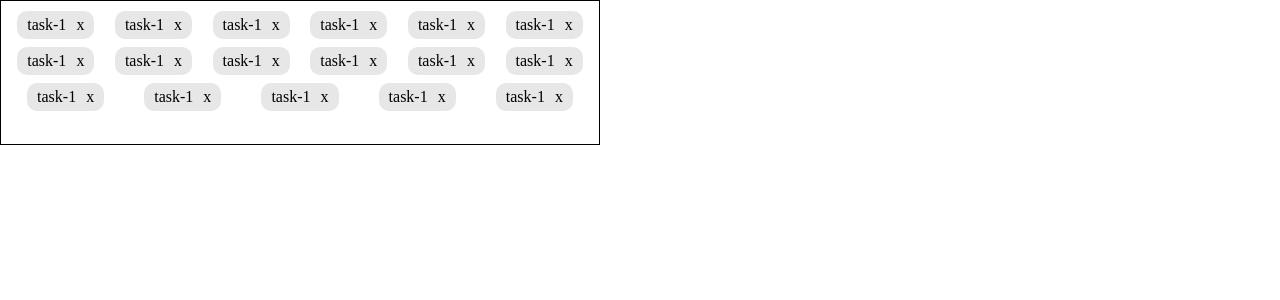
Repository: OkazakiTruong/selectOption
Page: /
These files come from the project's save history. The page is drawn as it stood at one moment and after the next save; the edit follows.
The browser window is 1280 px wide. The pictures show the whole page.
The project was rebuilt for these pictures with package versions that can differ from the ones it lists, and the page was loaded fresh each time. Also part of the build but not shown: vite.config.js.

Above is the page before, as saved 2024-01-17 21:04:44.

### src/App.jsx
import React from "react";
import { SelectBoxContainer } from "./SelectBox/SelectBoxContainer";

export default function App() {
  return (
    <div>
      <SelectBoxContainer />
    </div>
  );
}

### src/SelectBox/SelectBoxContainer.jsx
import React from "react";
import "./selectbox.css";

export const SelectBoxContainer = () => {
  return (
    <div>
      <div className="select-input">
        <div className="select-item">
          <span>task-1</span>
          <span className="btn-delete">x</span>
        </div>
        <div className="select-item">
          <span>task-1</span>
          <span className="btn-delete">x</span>
        </div>
        <div className="select-item">
          <span>task-1</span>
          <span className="btn-delete">x</span>
        </div>
        <div className="select-item">
          <span>task-1</span>
          <span className="btn-delete">x</span>
        </div>
        <div className="select-item">
          <span>task-1</span>
          <span className="btn-delete">x</span>
        </div>
        <div className="select-item">
          <span>task-1</span>
          <span className="btn-delete">x</span>
        </div>
        <div className="select-item">
          <span>task-1</span>
          <span className="btn-delete">x</span>
        </div>
        <div className="select-item">
          <span>task-1</span>
          <span className="btn-delete">x</span>
        </div>
        <div className="select-item">
          <span>task-1</span>
          <span className="btn-delete">x</span>
        </div>
        <div className="select-item">
          <span>task-1</span>
          <span className="btn-delete">x</span>
        </div>
        <div className="select-item">
          <span>task-1</span>
          <span className="btn-delete">x</span>
        </div>
        <div className="select-item">
          <span>task-1</span>
          <span className="btn-delete">x</span>
        </div>
        <div className="select-item">
          <span>task-1</span>
          <span className="btn-delete">x</span>
        </div>
        <div className="select-item">
          <span>task-1</span>
          <span className="btn-delete">x</span>
        </div>
        <div className="select-item">
          <span>task-1</span>
          <span className="btn-delete">x</span>
        </div>
        <div className="select-item">
          <span>task-1</span>
          <span className="btn-delete">x</span>
        </div>
        <div className="select-item">
          <span>task-1</span>
          <span className="btn-delete">x</span>
        </div>
        <input className="input"></input>
      </div>
    </div>
  );
};

### src/SelectBox/selectbox.css
.select-input {
  display: flex;
  flex-wrap: wrap;
  justify-content: space-around;
  width: 600px;
  padding: 10px;
  border: 1px solid black;
  gap: 8px;
}
.select-input .input {
  border: none;
  outline: none;
}
.select-item {
  padding: 5px 10px;
  background-color: #e7e7e7;
  border-radius: 10px;
  display: flex;
  align-items: center;
}
.select-item .btn-delete {
  margin-left: 10px;
}

Loaded but not shown: index.html (common file); src/main.jsx (common file); src/index.css (common file)

After the next save:
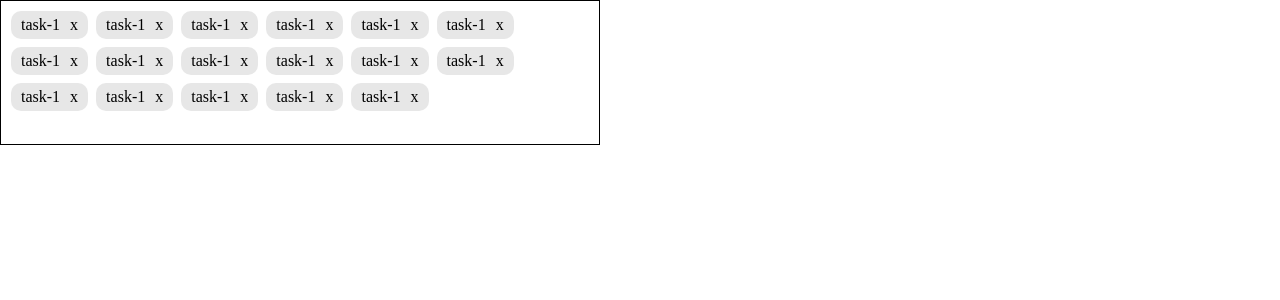
Saved 5 s later.
--- a/src/SelectBox/selectbox.css
+++ b/src/SelectBox/selectbox.css
@@ -1,7 +1,6 @@
 .select-input {
   display: flex;
   flex-wrap: wrap;
-  justify-content: space-around;
   width: 600px;
   padding: 10px;
   border: 1px solid black;
